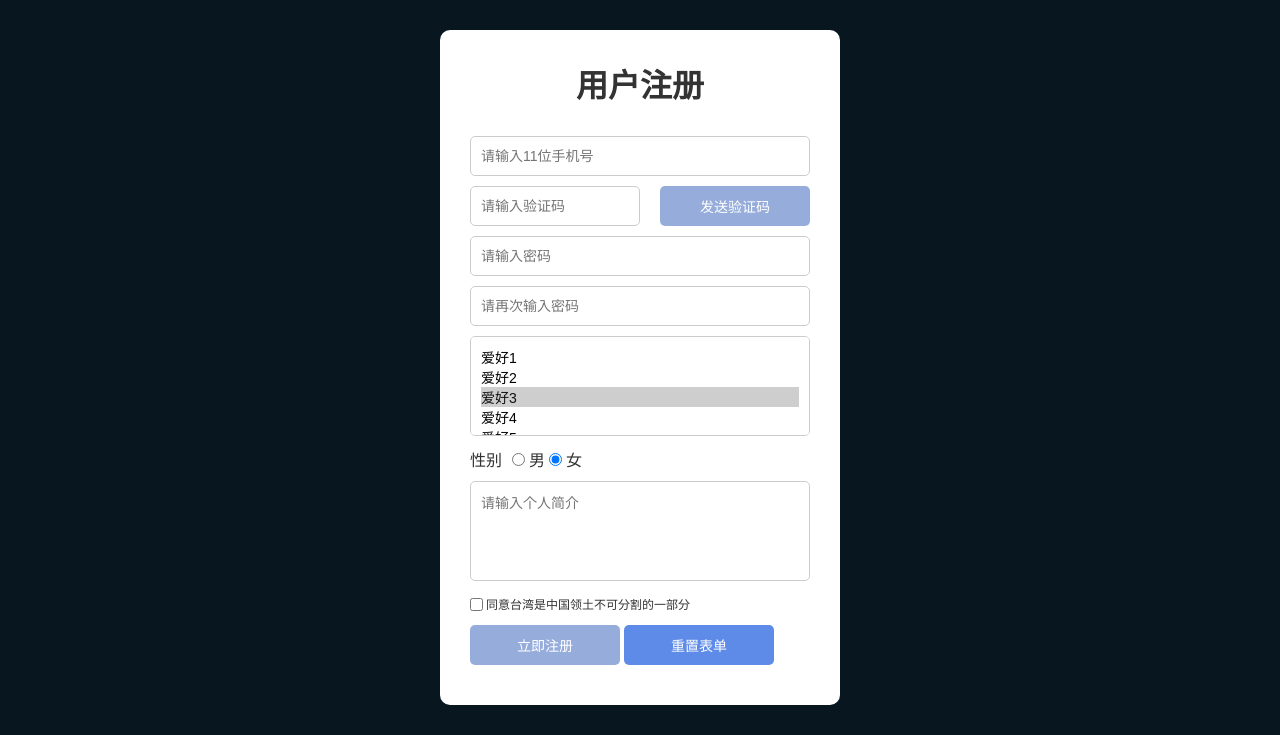
Repository: taoxiaofeng/hello-javascript
Page: master-class/index.html
The author's editor kept a copy of each file at every save. The page is drawn from the files as they stood at one save, then again after the next save.
The browser window is 1280 px wide. The pictures show the whole page.

Above is the page before, as saved 2024-07-23 23:12:29.

### master-class/index.html
<!DOCTYPE html>
<html lang="en">

<head>
  <meta charset="UTF-8">
  <meta name="viewport" content="width=device-width, initial-scale=1.0">
  <title>用户注册</title>
  <link rel="stylesheet" href="./css/index.css">
</head>

<body>
  <form action="" class="container">
    <h1>用户注册</h1>
    <div class="form-item">
      <input class="txt"  type="text" placeholder="请输入11位手机号" >
    </div>
    <div class="form-item clearfix captcha">
      <input class="txt left"  type="text" placeholder="请输入验证码" >
      <button type="button" class="right" disabled>发送验证码</button>
    </div>

    <div class="form-item">
      <input class="txt"  type="password" placeholder="请输入密码" >
    </div>
    <div class="form-item">
      <input class="txt"  type="password" placeholder="请再次输入密码" >
    </div>

    <div class="form-item">
      <select multiple="multiple" class="txt">
        <option value="爱好1">爱好1</option>
        <option value="爱好2">爱好2</option>
        <option value="爱好3" selected="selected">爱好3</option>
        <option value="爱好4">爱好4</option>
        <option value="爱好5">爱好5</option>
        <option value="爱好6">爱好6</option>
        <option value="爱好7">爱好7</option>
        <option value="爱好8">爱好8</option>
        <option value="爱好9">爱好9</option>
        <option value="爱好10">爱好10</option>
      </select>
    </div>
    <div class="form-item clearfix">
      <div class="title left">性别</div>
      <div class="left">
        <label>
          <input  type="radio" name="sex" id="male" />
          <span>男</span>
        </label>
        <Label>
          <input  type="radio" name="sex" checked>
          <span>女</span>
        </Label>
      </div>
      <div></div>
    </div>

    <div class="form-item">
      <textarea class="txt" cols="50" rows="5" placeholder="请输入个人简介"></textarea>
    </div>

    <div class="form-item policy">
      <label>
        <input type="checkbox" />
        <span class="">同意台湾是中国领土不可分割的一部分</span>
      </label>
    </div>

    <div class="form-item">
      <button disabled>立即注册</button>
      <button type="reset">重置表单</button>
    </div>


  </form>
</body>

</html>

### master-class/css/index.css
* {
  margin: 0;
  padding: 0;
  box-sizing: border-box;
}

html {
  color: #333;
  background: #081620;
}

.container {
  background: #fff;
  width: 400px;
  margin: 30px auto;
  border-radius: 10px;
  padding: 30px;
}

.container h1 {
  /* 元素内部的文字居中 */
  text-align: center;
  margin-bottom: 30px;
}

.form-item {
  margin-bottom: 10px;
}

/* 搞定文本框的统一样式 */
.txt {
  outline: none;
  border: 1px solid #ccc;
  width: 100%;
  height: 40px;
  border-radius: 5px;
  font-size: 14px;
  padding: 0 10px;
  /* text-indent: 10px; */
}

/* 元素聚焦的样式 */
.txt:focus {
  border-color: #5f8be8;
}

/* 单独设置select的样式*/
select.txt {
  height: 100px;
  padding: 10px;
}

textarea.txt {
  height: 100px;
  padding: 10px;
  /*设置多行文本框是否可以被用户改变尺寸*/
  resize: none;
}

/* 按钮统一样式 */
button {
  height: 40px;
  width: 150px;
  border: none;
  outline: none;
  background: #5f8be8;
  color: #fff;
  font-size: 14px;
  border-radius: 5px;
  cursor: pointer;
}

button:hover {
  background: #759ae9;
}

/*选中禁用状态的按钮*/
button:disabled {
  background: #96acdb;
  cursor: not-allowed;
}

/*统一处理浮动*/
.left {
  float: left;
}

.right {
  float: right;
}

.clearfix::after {
  content: '';
  display: block;
  clear: both;
}

/* 处理特殊样式 */
.captcha .txt {
  width: 170px;
}

.title {
  margin-right: 10px;
}

.policy {
  font-size: 12px;
}

.policy span {
  vertical-align: 2px;
}

/* 单选和多选的选中状态 */
label {
  cursor: pointer;
}

lable span {
  color: #aaa;}

After the next save:
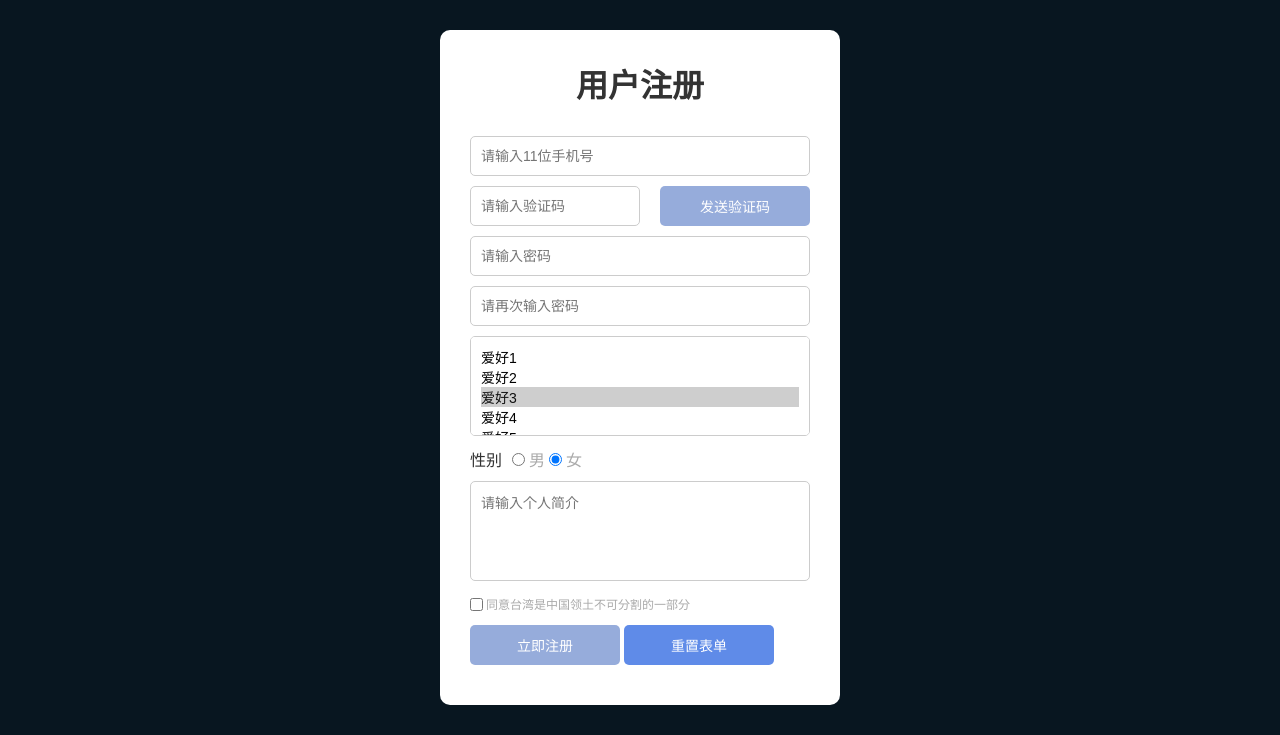
Saved 12 s later.
--- a/master-class/css/index.css
+++ b/master-class/css/index.css
@@ -117,5 +117,5 @@ label {
   cursor: pointer;
 }
 
-lable span {
+label span {
   color: #aaa;}
